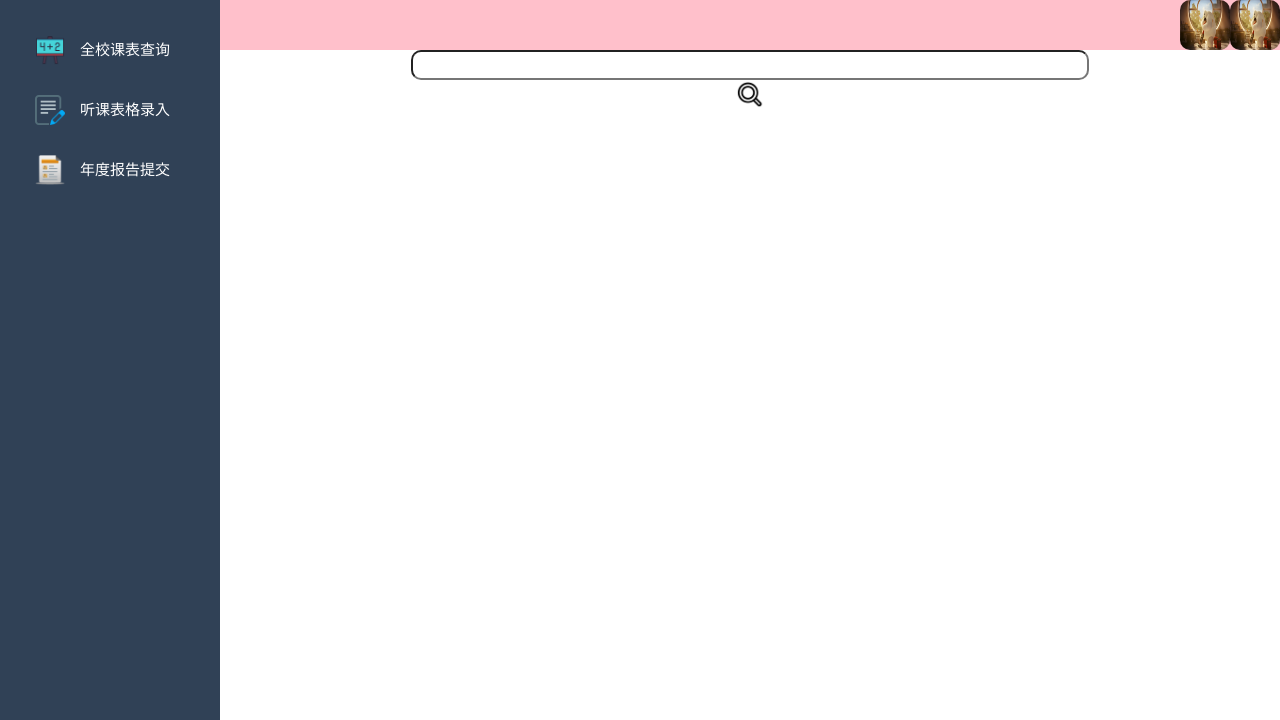
Repository: shandamengcheng/graduate-project
Page: /home/search
An editor plug-in stored every save of this project. The page is shown before and after the next save, followed by the edit.
The browser window is 1280 px wide. The pictures show the whole page.
The project was rebuilt for these pictures with package versions that can differ from the ones it lists, and the page was loaded fresh each time. Also part of the build but not shown: src/views/Login.vue.

Above is the page before, as saved 2021-03-11 19:36:03.

After the next save:
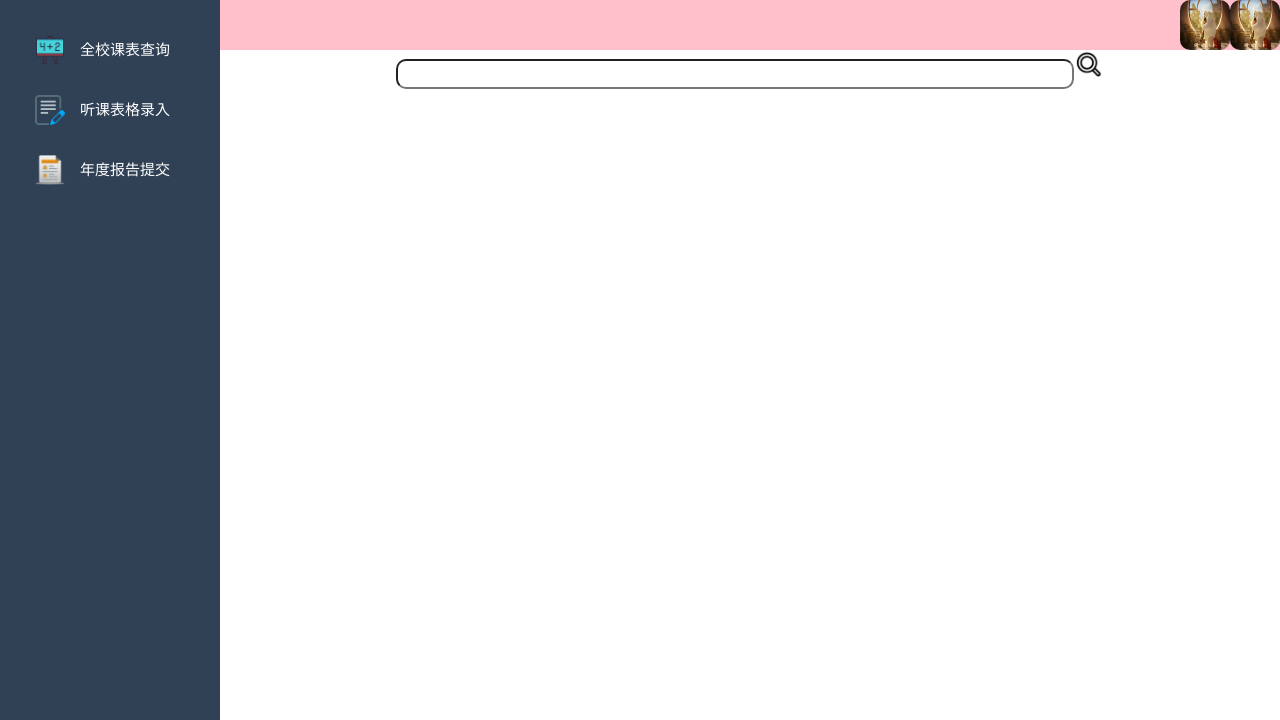
Saved 10 s later.
--- a/src/components/Search.vue
+++ b/src/components/Search.vue
@@ -19,7 +19,7 @@ export default {
 
 }
 .search input {
-  display: block;
+  display: inline-block;
   width: 80%;
   height: 100%;
   margin: auto;
